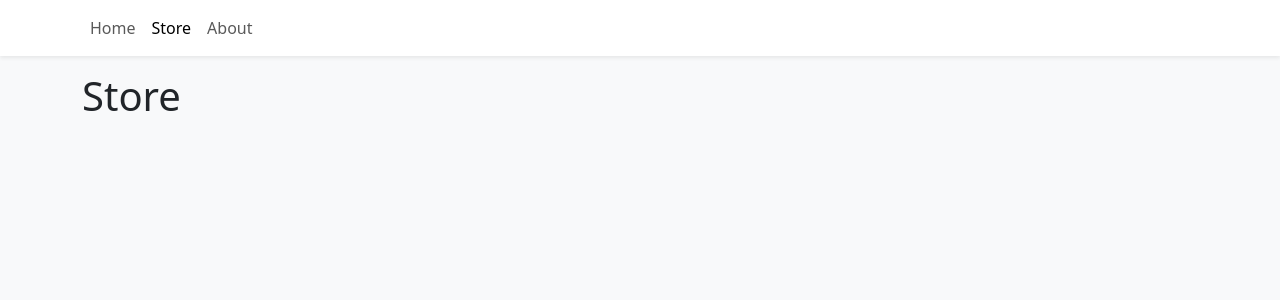
Repository: kurtveil/react-ecommerce
Page: /store
These files come from the project's save history. The page is drawn as it stood at one moment and after the next save; the edit follows.
The browser window is 1280 px wide. The pictures show the whole page.
The project was rebuilt for these pictures with package versions that can differ from the ones it lists, and the page was loaded fresh each time. Also part of the build but not shown: vite.config.ts, src/pages/Home.tsx, src/pages/About.tsx.

Above is the page before, as saved 2023-07-12 19:36:20.

### src/main.tsx
import React from 'react'
import ReactDOM from 'react-dom/client'
import App from './App.tsx'
import "bootstrap/dist/css/bootstrap.min.css";
import { BrowserRouter } from 'react-router-dom';

ReactDOM.createRoot(document.getElementById('root')!).render(
  <React.StrictMode>
    <BrowserRouter>
      <App />
    </BrowserRouter>
  </React.StrictMode>,
)

### src/App.tsx
import { Routes, Route } from "react-router-dom";
import { Container } from "react-bootstrap";
import Home from "./pages/Home";
import Store from "./pages/Store";
import About from "./pages/About";
import Navbar from "./components/Navbar";
function App() {

  return (
    <>
    <Navbar/>
      <Container className="mb-4">
        <Routes>
          <Route path="/" element={<Home />} />
          <Route path="/store" element={<Store />} />
          <Route path="/about" element={<About />} />
        </Routes>
      </Container>
    </>
  )
}

export default App

### src/pages/Store.tsx
import React, { Component } from 'react'

export default class Store extends Component {
  render() {
    return (
      <h1>Store</h1>
    )
  }
}

### src/components/Navbar.tsx
import {Container,Nav,Navbar as NavbarBs} from 'react-bootstrap';
import {NavLink}from 'react-router-dom';
export default function Navbar() {
  return (
    <NavbarBs className='bg-white shadow-sm mb-3'>
        <Container>
            <Nav>
                <Nav.Link to="/" as={NavLink}>
                    Home
                </Nav.Link>
                <Nav.Link to="/store" as={NavLink}>
                    Store
                </Nav.Link>
                <Nav.Link to="/about" as={NavLink}>
                    About
                </Nav.Link>
            </Nav>
        </Container>
    </NavbarBs>
  )
}

Loaded but not shown: index.html (common file)

After the next save:
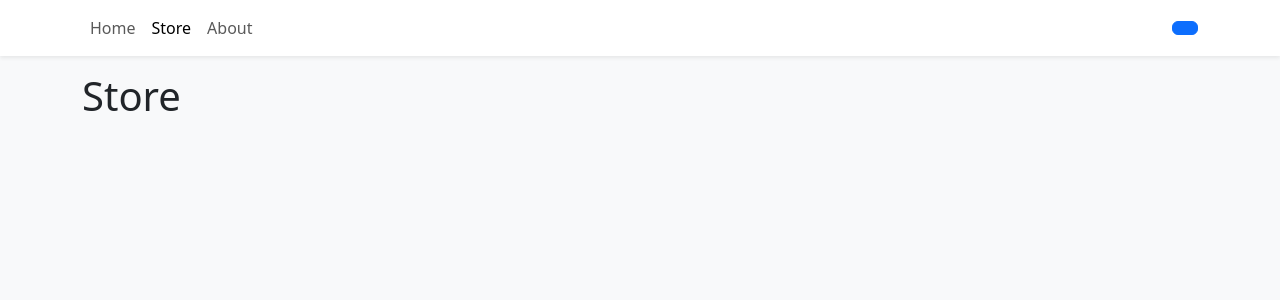
Saved 53 s later.
--- a/src/components/Navbar.tsx
+++ b/src/components/Navbar.tsx
@@ -1,10 +1,10 @@
-import {Container,Nav,Navbar as NavbarBs} from 'react-bootstrap';
+import {Container,Button,Nav,Navbar as NavbarBs} from 'react-bootstrap';
 import {NavLink}from 'react-router-dom';
 export default function Navbar() {
   return (
     <NavbarBs className='bg-white shadow-sm mb-3'>
         <Container>
-            <Nav>
+            <Nav className='me-auto'>
                 <Nav.Link to="/" as={NavLink}>
                     Home
                 </Nav.Link>
@@ -15,6 +15,7 @@ export default function Navbar() {
                     About
                 </Nav.Link>
             </Nav>
+            <Button></Button>
         </Container>
     </NavbarBs>
   )
